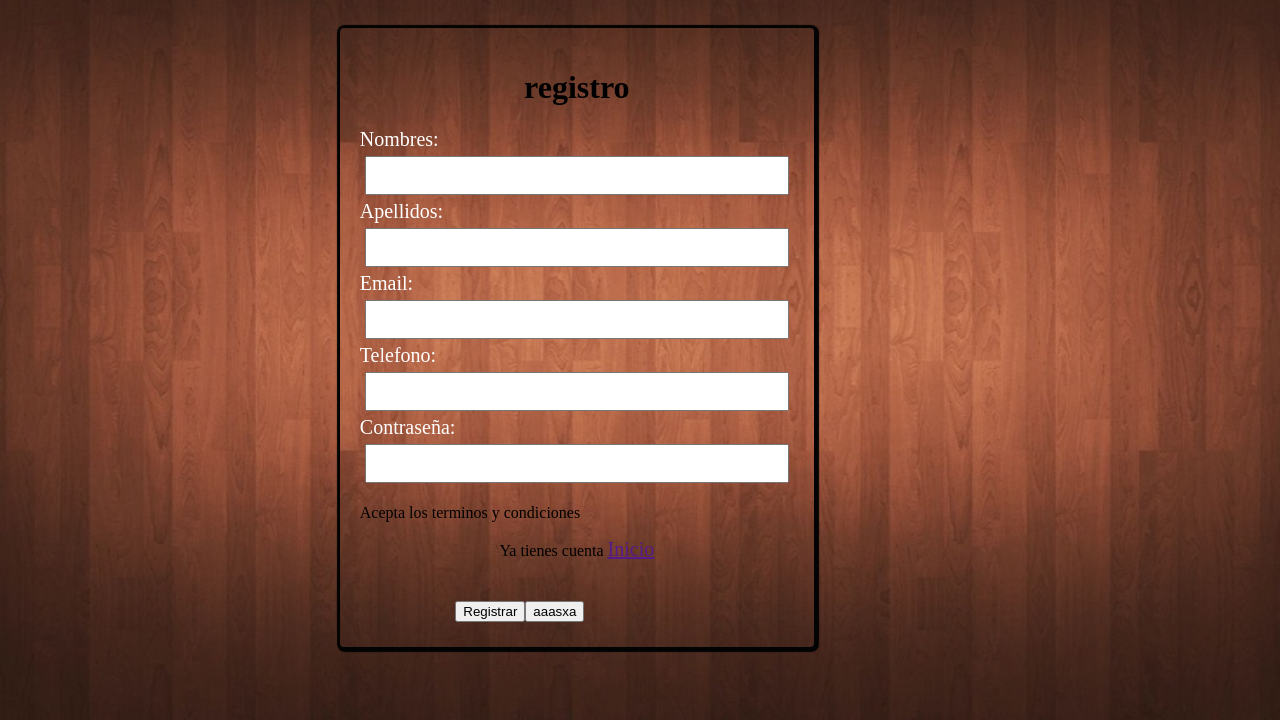
Repository: ye909/aplicacion_restaurante
Page: public/templeis/registro.html
These files come from the project's save history. The page is drawn as it stood at one moment and after the next save; the edit follows.
The browser window is 1280 px wide. The pictures show the whole page.
Backgrounds fixed to the window are drawn as part of the page.

Above is the page before, as saved 2024-11-12 21:56:30.

### public/templeis/registro.html
<!DOCTYPE html>
<html lang="en">
<head>
    <meta charset="UTF-8">
    <meta name="viewport" content="width=device-width, initial-scale=1.0">
    <link rel="stylesheet" href="../css/registro.css">
    <title>Document</title>
</head>
<body>

    <div class="container_registro">

        <form action="" method="post">
            <h1>registro</h1>
            <label for="nombres">Nombres:</label><br>
            <input type="text" id="nombres" name="nombres" required>
            <br>
            <label for="apellidos">Apellidos:</label><br>
            <input type="text" id="apellidos" name="apellidos" required>
            <br>
            <label for="email">Email:</label><br>
            <input type="email" id="email" name="email" >
            <br>
            <label for="number">Telefono:</label><br>
            <input type="number" id="telefono" name="telefono" >
            <br>
            <label for="password">Contraseña:</label><br>
            <input type="password" id="password" name="password">
            <div class="container_terminos">
                <!-- <div><input type="checkbox"></div>  -->
                <div><p>Acepta los terminos y condiciones</p></div>
             </div>
           <div class="container_inicio"> Ya tienes cuenta <a href="">Inicio</a></div>
            <br><br>
            <div class="container_btn">
                <button>Registrar</button>
                <button>aaasxa</button>
            </div>
        </form>
    </div>
</body>
</html>

### public/css/registro.css

body{

    background-image: url(../imagen/fondo_card.jpg);
    background-attachment: fixed;
    background-size:cover;
    background-repeat:no-repeat;
    background-size: 100% 100%;
}
h1,.container_inicio{
    text-align: center;
}
.container_registro{
    width: 90%;
    display: flex;
    justify-content: center;
    align-items:center;
}
form{
margin: 20px;
    padding: 20px;

  box-shadow: rgb(3, 3, 4) 1px 1px 1px 4px   ;
 border-radius: 4px;
}
label{
    color:white;
    font-size: 20px;
}
.container_btn{
    display: flex;
    justify-content: center;
    align-items: center;
    padding: 10px;
    width: 300px;
    height: 10px;
}
input{
    padding: 10px;
    width: 400px;
    margin: 5px;
}
a{
   font-size: 20px;
}
/*
label{
    font-size: 20px;

}

:is(button){
    padding: 6px;
    width: 160px;
    margin: 10px;
}
.checkbox{
    display: flex;
} */

After the next save:
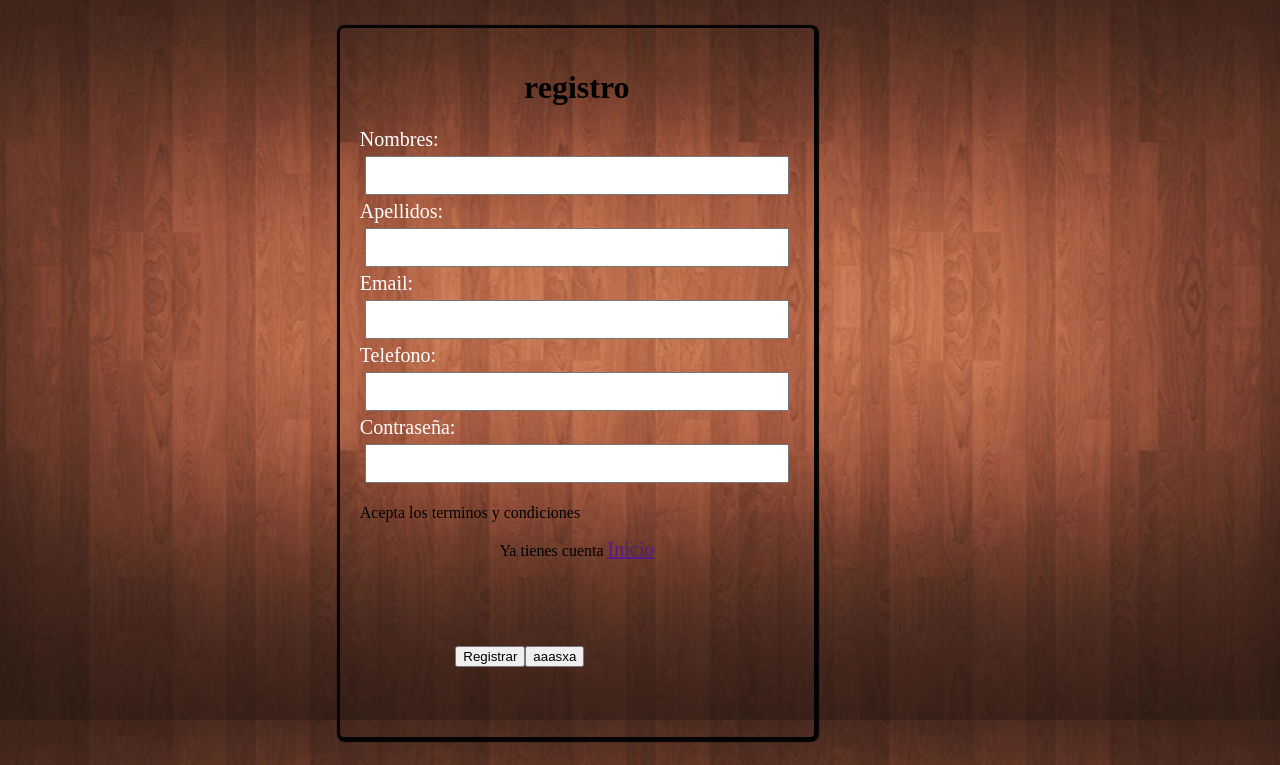
Saved 7 s later.
--- a/public/css/registro.css
+++ b/public/css/registro.css
@@ -33,7 +33,7 @@ label{
     align-items: center;
     padding: 10px;
     width: 300px;
-    height: 10px;
+    height: 100px;
 }
 input{
     padding: 10px;
